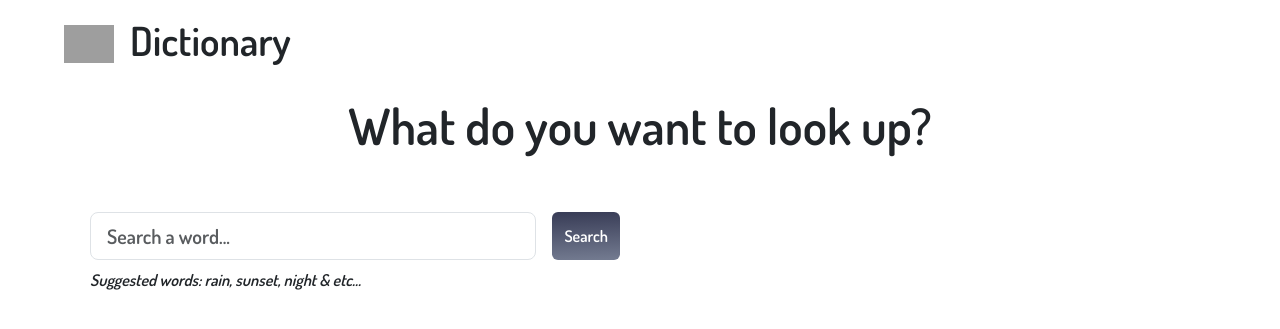
Repository: moehaymanmyint/react-dictionary-app
Page: /
The author's editor kept a copy of each file at every save. The page is drawn from the files as they stood at one save, then again after the next save.
The browser window is 1280 px wide. The pictures show the whole page.
Pictures or frames that could not be fetched are drawn as grey boxes. The project was rebuilt for these pictures with package versions that can differ from the ones it lists, and the page was loaded fresh each time. Also part of the build but not shown: src/Synonyms.js, src/Meaning.js, src/Phonetics.js, src/Results.js, src/Photos.js.

Above is the page before, as saved 2024-09-07 12:18:26.

After the next save:
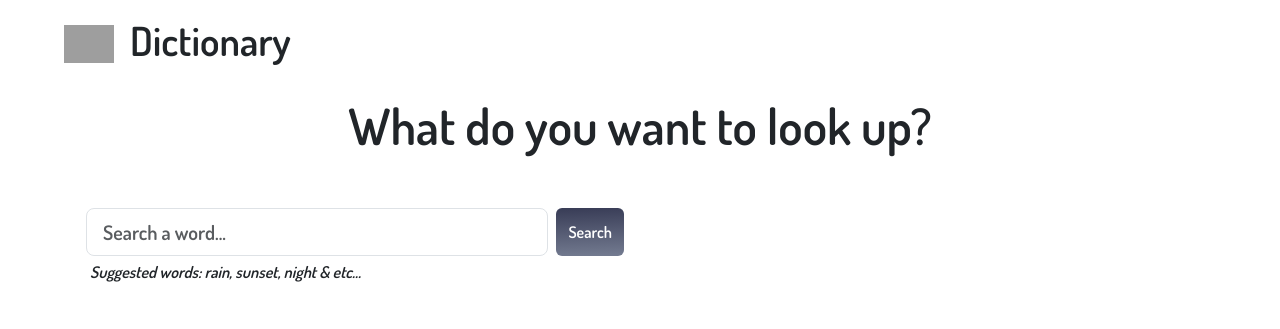
Saved 28 s later.
--- a/src/Search.js
+++ b/src/Search.js
@@ -44,8 +44,8 @@ export default function Search(){
             <div className="row d-flex">
                 <div className="col-6">
                     <form onSubmit={handleSubmit} className="d-flex">
-                        <input type="search" className="form-control form-control-lg m-2" value={word} onChange={updateWord} placeholder="Search a word..."/>
-                        <input type="submit" value="Search" className="btn btn m-2"/>
+                        <input type="search" className="form-control form-control-lg m-1" value={word} onChange={updateWord} placeholder="Search a word..."/>
+                        <input type="submit" value="Search" className="btn btn m-1"/>
                     </form>
                     <em className="mx-2">Suggested words: rain, sunset, night & etc...</em>
                     <section className="meaning">
